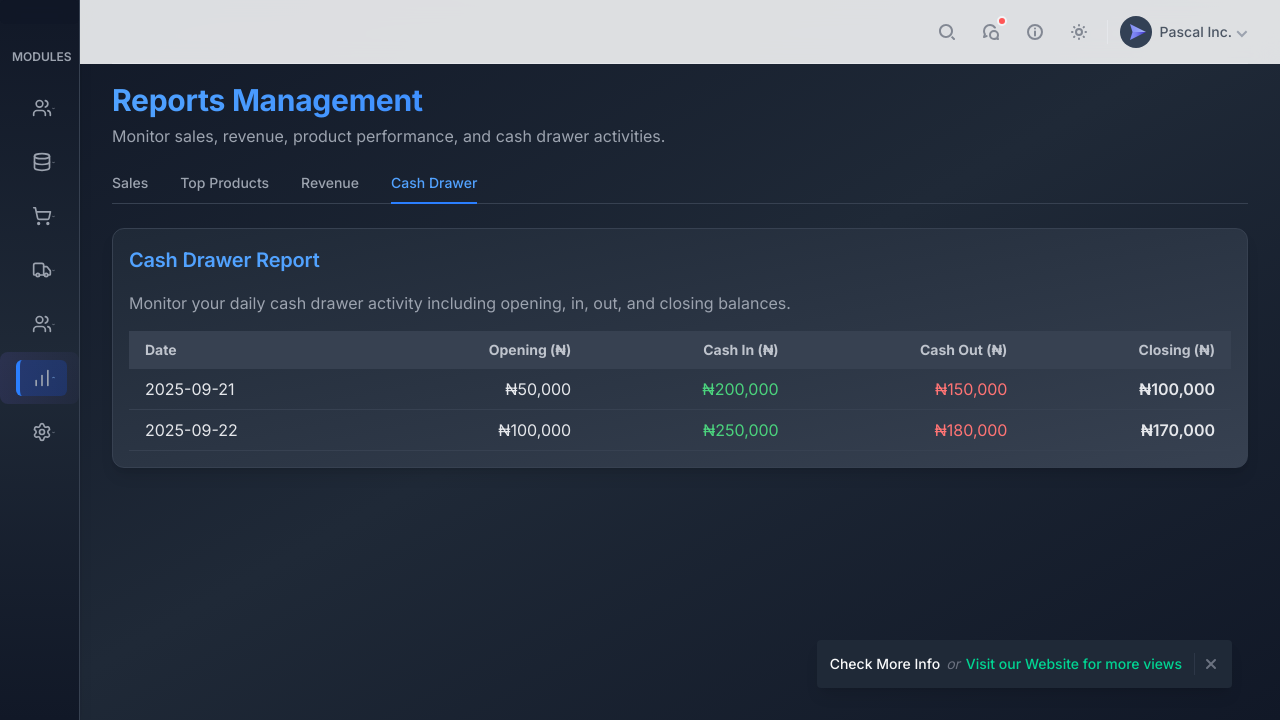
Repository: chykesure/grox-supermarket
Page: /reports/cash-drawer
These files come from the project's save history. The page is drawn as it stood at one moment and after the next save; the edit follows.
The browser window is 1280 px wide. The pictures show the whole page.
The project was rebuilt for these pictures with package versions that can differ from the ones it lists, and the page was loaded fresh each time. Also part of the build but not shown: vite.config.js, src/components/DropdownFilter.jsx, src/lib/utils.ts, src/components/ui/calendar.jsx, src/components/ui/popover.jsx, src/components/Datepicker.jsx, src/charts/LineChart01.jsx, src/components/DropdownEditMenu.jsx and 50 more.

Above is the page before, as saved 2025-09-24 11:57:11.

After the next save:
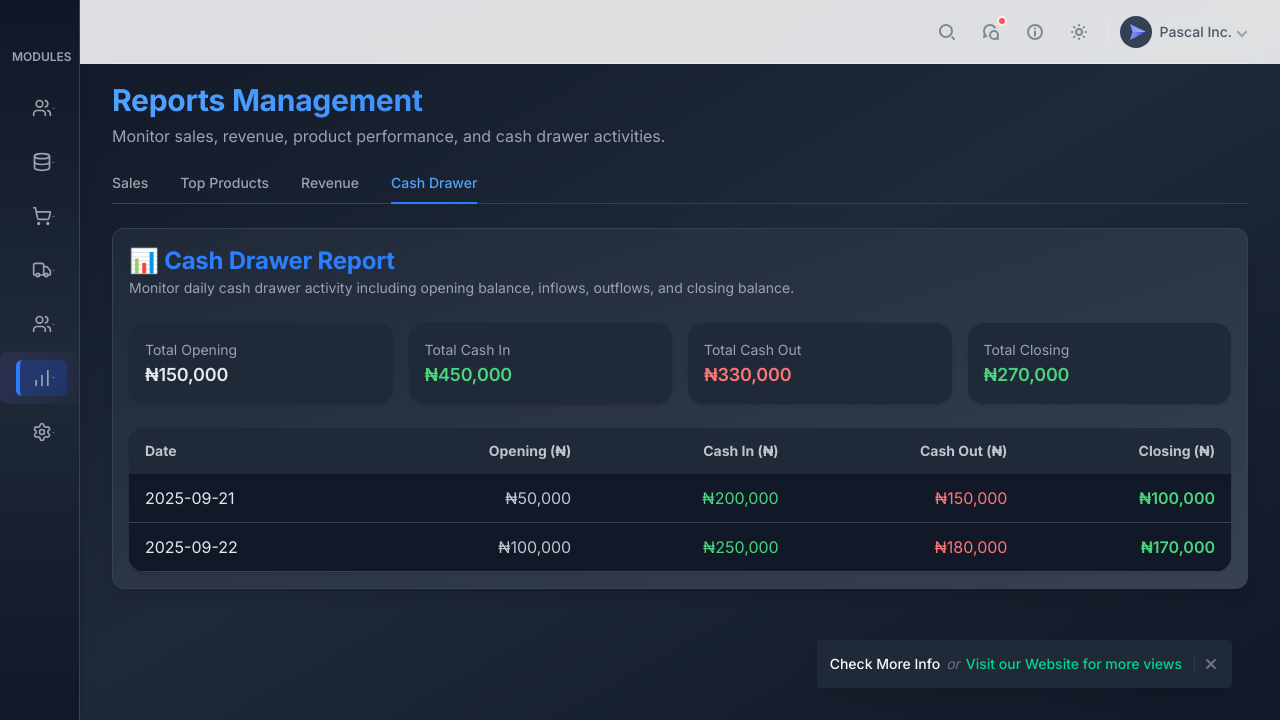
Saved 104 s later.
--- a/src/pages/pos/reports/CashDrawerReport.jsx
+++ b/src/pages/pos/reports/CashDrawerReport.jsx
@@ -21,37 +21,94 @@ function CashDrawerReport() {
     },
   ];
 
+  // ✅ Totals for summary
+  const totals = drawerData.reduce(
+    (acc, row) => {
+      acc.opening += row.opening;
+      acc.cashIn += row.cashIn;
+      acc.cashOut += row.cashOut;
+      acc.closing += row.closing;
+      return acc;
+    },
+    { opening: 0, cashIn: 0, cashOut: 0, closing: 0 }
+  );
+
   return (
-    <div className="space-y-4">
+    <div className="space-y-6">
       {/* Header */}
-      <h2 className="text-xl font-semibold text-blue-400">Cash Drawer Report</h2>
-      <p className="text-gray-400">Monitor your daily cash drawer activity including opening, in, out, and closing balances.</p>
+      <div>
+        <h2 className="text-2xl font-bold text-blue-500">📊 Cash Drawer Report</h2>
+        <p className="text-gray-400 text-sm">
+          Monitor daily cash drawer activity including opening balance, inflows, outflows, and closing balance.
+        </p>
+      </div>
+
+      {/* Summary Cards */}
+      <div className="grid grid-cols-2 md:grid-cols-4 gap-4">
+        <div className="bg-gray-800 p-4 rounded-2xl shadow">
+          <p className="text-gray-400 text-sm">Total Opening</p>
+          <p className="text-lg font-semibold text-gray-200">₦{totals.opening.toLocaleString()}</p>
+        </div>
+        <div className="bg-gray-800 p-4 rounded-2xl shadow">
+          <p className="text-gray-400 text-sm">Total Cash In</p>
+          <p className="text-lg font-semibold text-green-400">₦{totals.cashIn.toLocaleString()}</p>
+        </div>
+        <div className="bg-gray-800 p-4 rounded-2xl shadow">
+          <p className="text-gray-400 text-sm">Total Cash Out</p>
+          <p className="text-lg font-semibold text-red-400">₦{totals.cashOut.toLocaleString()}</p>
+        </div>
+        <div className="bg-gray-800 p-4 rounded-2xl shadow">
+          <p className="text-gray-400 text-sm">Total Closing</p>
+          <p
+            className={`text-lg font-semibold ${
+              totals.closing >= 0 ? "text-green-400" : "text-red-400"
+            }`}
+          >
+            ₦{totals.closing.toLocaleString()}
+          </p>
+        </div>
+      </div>
 
       {/* Table */}
-      <div className="overflow-x-auto">
+      <div className="bg-gray-900 rounded-2xl shadow overflow-hidden">
         <table className="w-full border-collapse">
           <thead>
-            <tr className="bg-gray-700 text-gray-300 text-sm">
-              <th className="px-4 py-2 text-left">Date</th>
-              <th className="px-4 py-2 text-right">Opening (₦)</th>
-              <th className="px-4 py-2 text-right">Cash In (₦)</th>
-              <th className="px-4 py-2 text-right">Cash Out (₦)</th>
-              <th className="px-4 py-2 text-right">Closing (₦)</th>
+            <tr className="bg-gray-800 text-gray-300 text-sm">
+              <th className="px-4 py-3 text-left">Date</th>
+              <th className="px-4 py-3 text-right">Opening (₦)</th>
+              <th className="px-4 py-3 text-right">Cash In (₦)</th>
+              <th className="px-4 py-3 text-right">Cash Out (₦)</th>
+              <th className="px-4 py-3 text-right">Closing (₦)</th>
             </tr>
           </thead>
           <tbody>
             {drawerData.map((row) => (
-              <tr key={row.id} className="border-b border-gray-700 text-gray-200">
-                <td className="px-4 py-2">{row.date}</td>
-                <td className="px-4 py-2 text-right">₦{row.opening.toLocaleString()}</td>
-                <td className="px-4 py-2 text-right text-green-400">₦{row.cashIn.toLocaleString()}</td>
-                <td className="px-4 py-2 text-right text-red-400">₦{row.cashOut.toLocaleString()}</td>
-                <td className="px-4 py-2 text-right font-semibold">₦{row.closing.toLocaleString()}</td>
+              <tr
+                key={row.id}
+                className="border-b border-gray-700 hover:bg-gray-800/60 transition"
+              >
+                <td className="px-4 py-3 text-gray-200">{row.date}</td>
+                <td className="px-4 py-3 text-right text-gray-300">
+                  ₦{row.opening.toLocaleString()}
+                </td>
+                <td className="px-4 py-3 text-right text-green-400">
+                  ₦{row.cashIn.toLocaleString()}
+                </td>
+                <td className="px-4 py-3 text-right text-red-400">
+                  ₦{row.cashOut.toLocaleString()}
+                </td>
+                <td
+                  className={`px-4 py-3 text-right font-semibold ${
+                    row.closing >= 0 ? "text-green-400" : "text-red-400"
+                  }`}
+                >
+                  ₦{row.closing.toLocaleString()}
+                </td>
               </tr>
             ))}
             {drawerData.length === 0 && (
               <tr>
-                <td colSpan="5" className="text-center py-4 text-gray-400">
+                <td colSpan="5" className="text-center py-6 text-gray-400">
                   No cash drawer records available.
                 </td>
               </tr>
